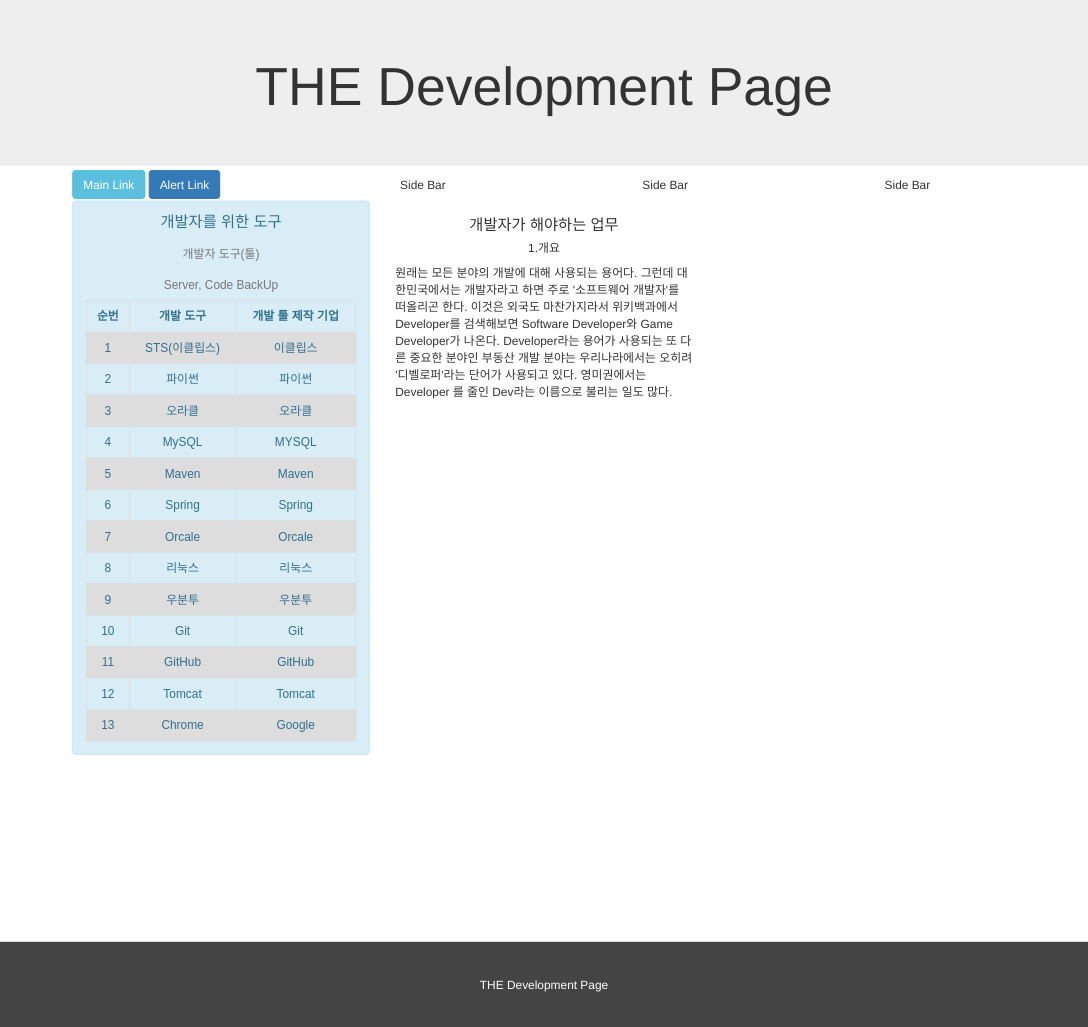
Repository: as2019a/spring
Page: http://localhost/ch19_project_mavenwebsite/WEB-INF/views/development.jsp
An editor plug-in stored every save of this project. The page is shown before and after the next save, followed by the edit.
The browser window is 1280 px wide. The pictures show the whole page, at 85% of full size.
Some web libraries are served in a nearby version. The page is served by Tomcat 9. Nobody is signed in. The template is opened directly, without the code that normally fills it, so the values that code supplies are empty.

Above is the page before, as saved 2019-01-30 08:10:08.

After the next save:
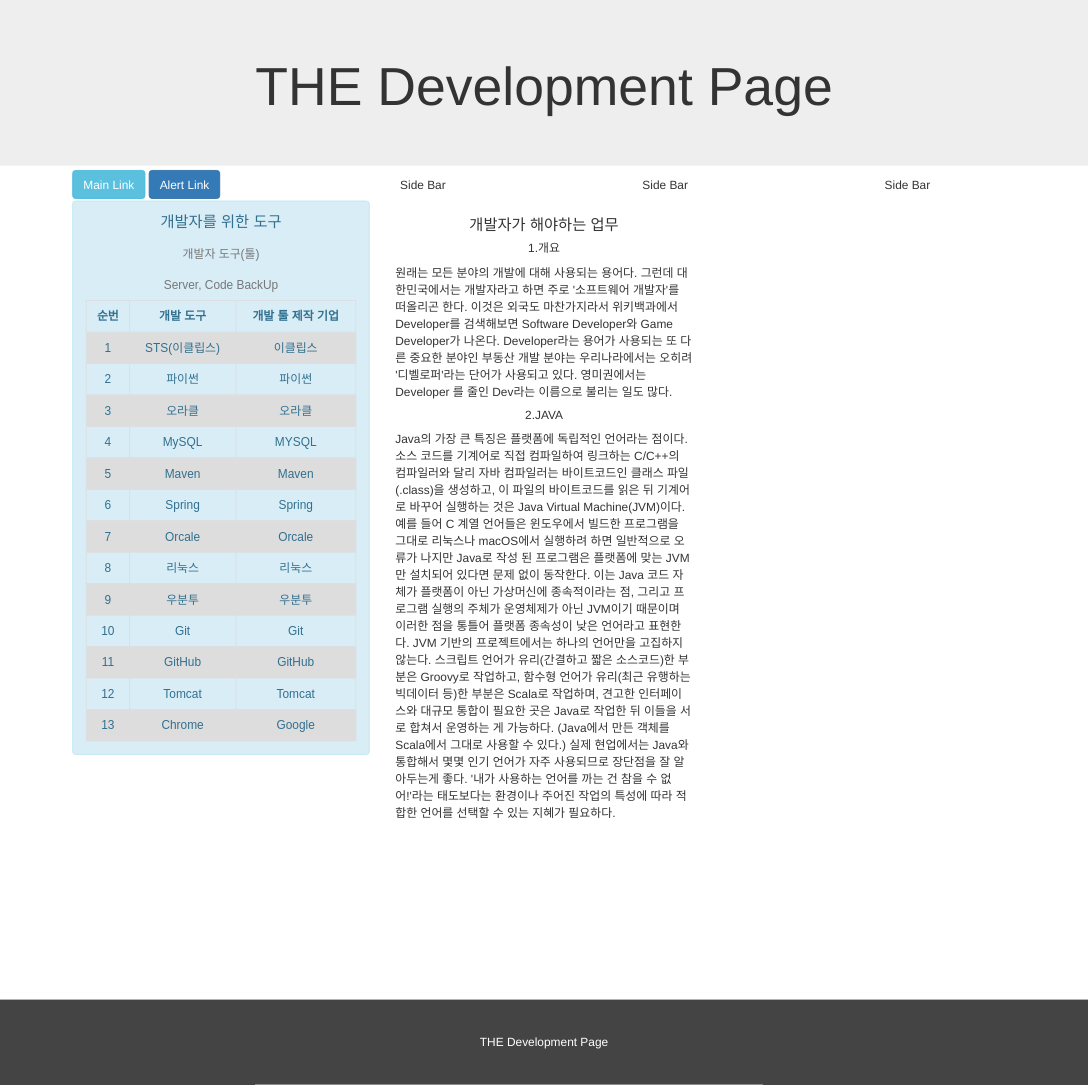
Saved 6 min 27 s later.
--- a/ch19_project_mavenwebsite/src/main/webapp/WEB-INF/views/development.jsp
+++ b/ch19_project_mavenwebsite/src/main/webapp/WEB-INF/views/development.jsp
@@ -173,6 +173,13 @@
 	    		이것은 외국도 마찬가지라서 위키백과에서 Developer를 검색해보면 Software Developer와 Game Developer가 나온다. Developer라는 용어가 사용되는 또 다른 중요한 분야인 부동산 개발 분야는 우리나라에서는 오히려 '디벨로퍼'라는 단어가 사용되고 있다.
 	    		영미권에서는 Developer 를 줄인 Dev라는 이름으로 불리는 일도 많다.
 	    		</p>
+	    		<h5>2.JAVA</h5>
+	    		<p>
+	    		Java의 가장 큰 특징은 플랫폼에 독립적인 언어라는 점이다. 소스 코드를 기계어로 직접 컴파일하여 링크하는 C/C++의 컴파일러와 달리 자바 컴파일러는 바이트코드인 클래스 파일(.class)을 생성하고, 이 파일의 바이트코드를 읽은 뒤 기계어로 바꾸어 실행하는 것은 Java Virtual Machine(JVM)이다.
+				예를 들어 C 계열 언어들은 윈도우에서 빌드한 프로그램을 그대로 리눅스나 macOS에서 실행하려 하면 일반적으로 오류가 나지만 Java로 작성 된 프로그램은 플랫폼에 맞는 JVM만 설치되어 있다면 문제 없이 동작한다. 이는 Java 코드 자체가 플랫폼이 아닌 가상머신에 종속적이라는 점, 그리고 프로그램 실행의 주체가 운영체제가 아닌 JVM이기 때문이며 이러한 점을 통틀어 플랫폼 종속성이 낮은 언어라고 표현한다.
+				JVM 기반의 프로젝트에서는 하나의 언어만을 고집하지 않는다. 스크립트 언어가 유리(간결하고 짧은 소스코드)한 부분은 Groovy로 작업하고, 함수형 언어가 유리(최근 유행하는 빅데이터 등)한 부분은 Scala로 작업하며, 견고한 인터페이스와 대규모 통합이 필요한 곳은 Java로 작업한 뒤 이들을 서로 합쳐서 운영하는 게 가능하다. (Java에서 만든 객체를 Scala에서 그대로 사용할 수 있다.)
+				실제 현업에서는 Java와 통합해서 몇몇 인기 언어가 자주 사용되므로 장단점을 잘 알아두는게 좋다. '내가 사용하는 언어를 까는 건 참을 수 없어!'라는 태도보다는 환경이나 주어진 작업의 특성에 따라 적합한 언어를 선택할 수 있는 지혜가 필요하다.
+	    		</p>
 	    	</div>
 	    	<div class="col-xs-4">
 
